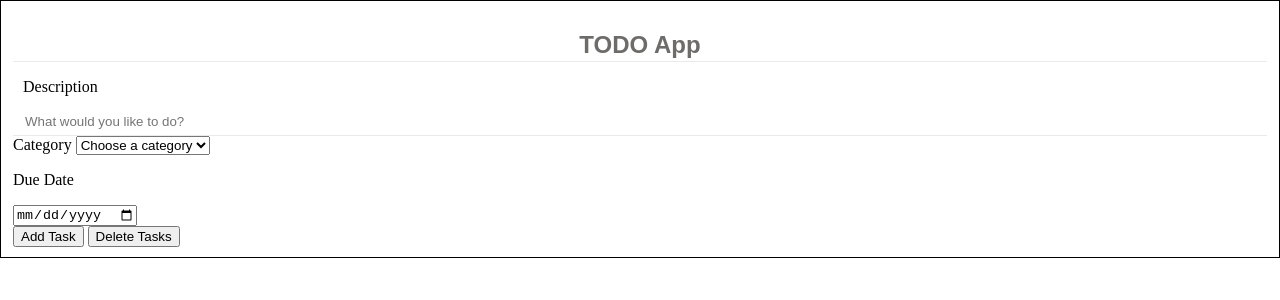
Repository: king-slayer97/TODO-App
Page: http://localhost/
These files come from the project's save history. The page is drawn as it stood at one moment and after the next save; the edit follows.
The browser window is 1280 px wide. The pictures show the whole page.
The page is served by the project's Node server (index.js).

Above is the page before, as saved 2022-08-15 14:10:29.

After the next save:
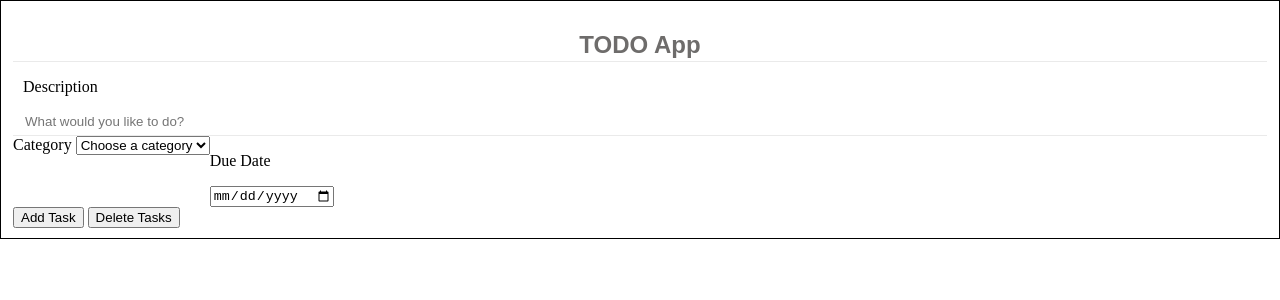
Saved 2 h 48 min later.
--- a/assets/css/home.css
+++ b/assets/css/home.css
@@ -45,3 +45,7 @@ body{
     border-style: none;
     text-align: left;
 }
+
+.section2{
+    display: flex;
+}
